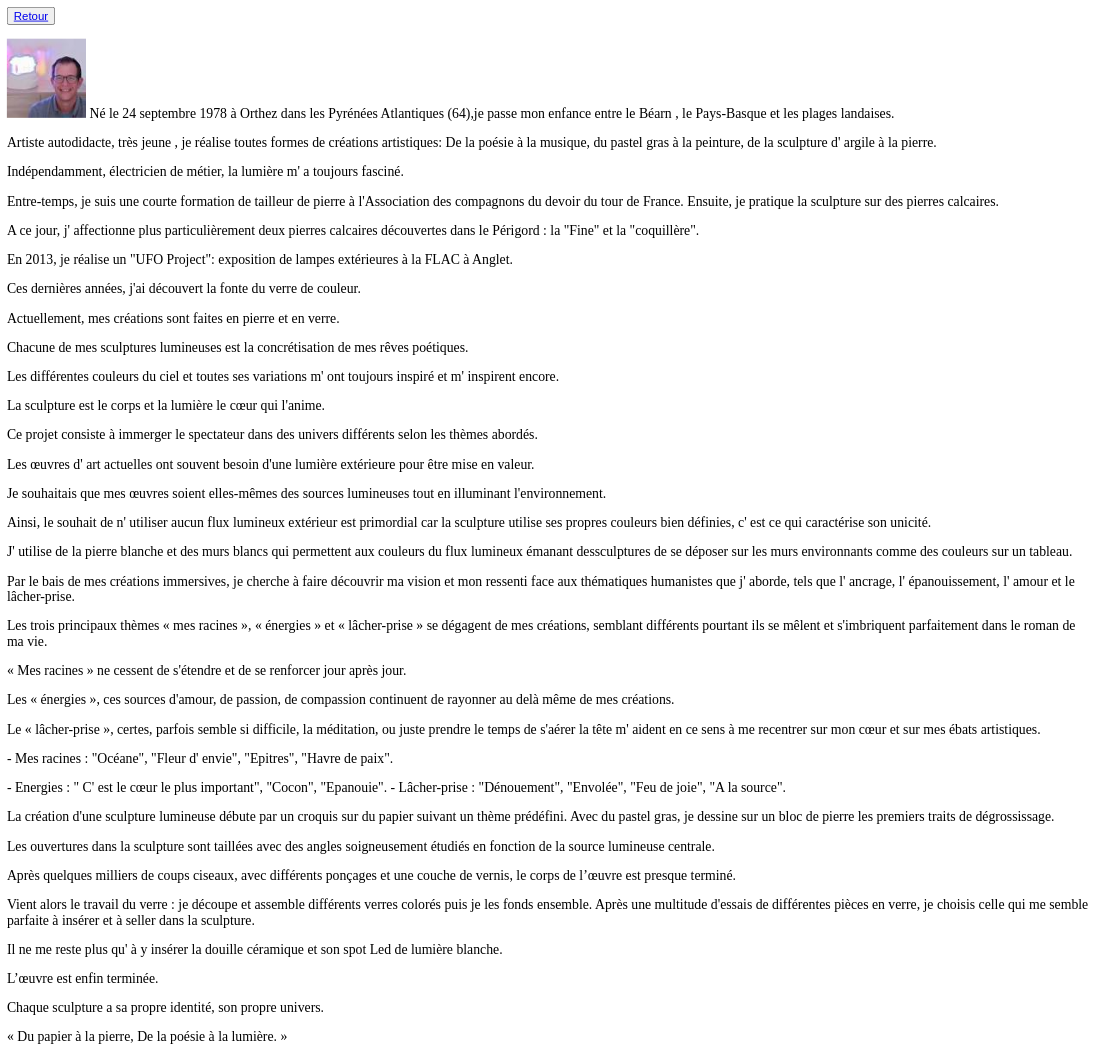
Repository: lysianebo/EricBidart
Page: presentation_more.html
These files come from the project's save history. The page is drawn as it stood at one moment and after the next save; the edit follows.
The browser window is 1280 px wide. The pictures show the whole page, at 86% of full size.

Above is the page before, as saved 2023-10-29 07:52:00.

After the next save:
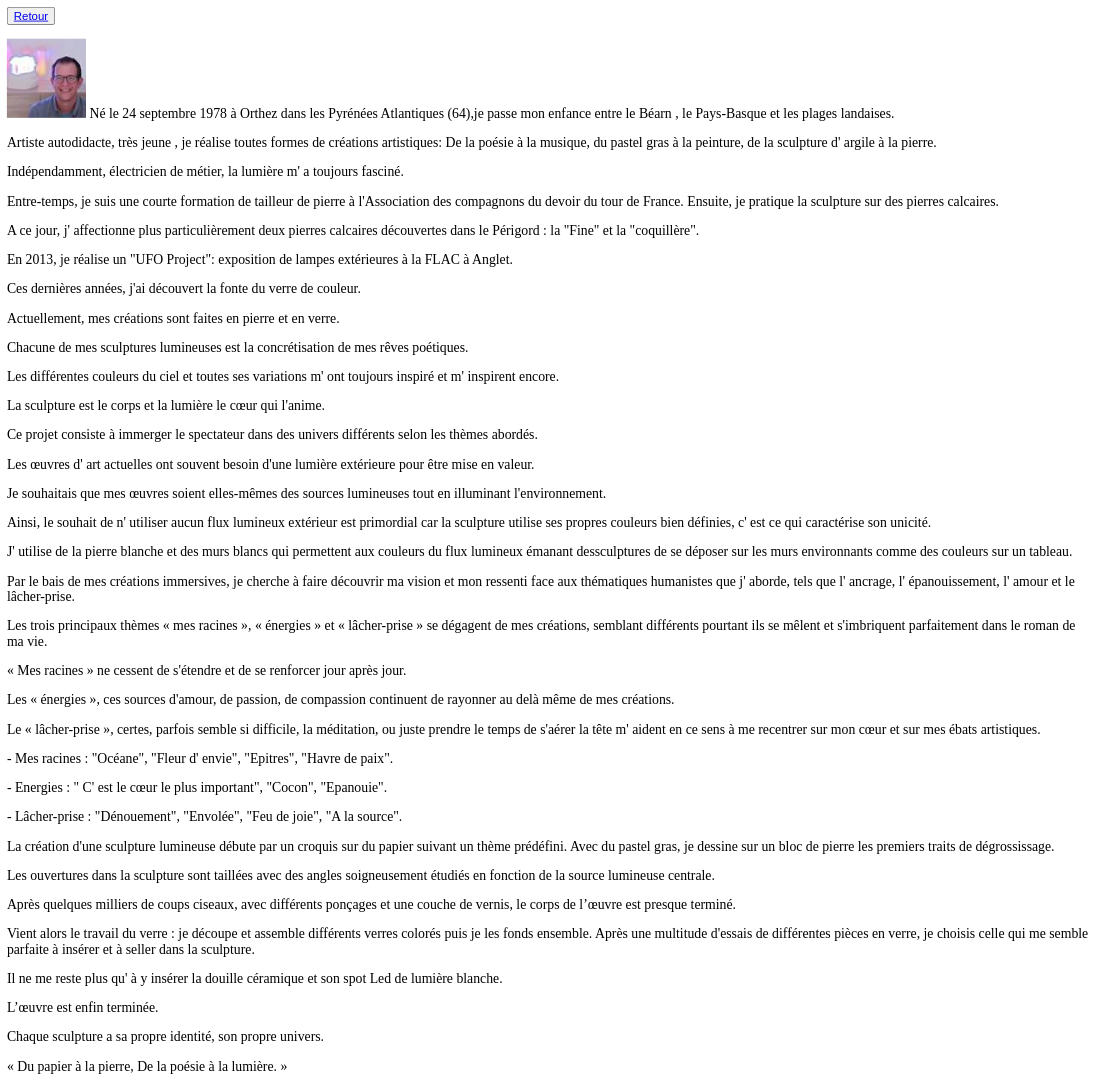
Saved 9 s later.
--- a/presentation_more.html
+++ b/presentation_more.html
@@ -50,8 +50,7 @@
 
             <p>- Mes racines : "Océane", "Fleur d' envie", "Epitres", "Havre de paix".</p>
 
-            - Energies : " C' est le cœur le plus important", "Cocon", "Epanouie".
-
+            <p>- Energies : " C' est le cœur le plus important", "Cocon", "Epanouie".</p>
             - Lâcher-prise : "Dénouement", "Envolée", "Feu de joie", "A la source".
 
         </p>
